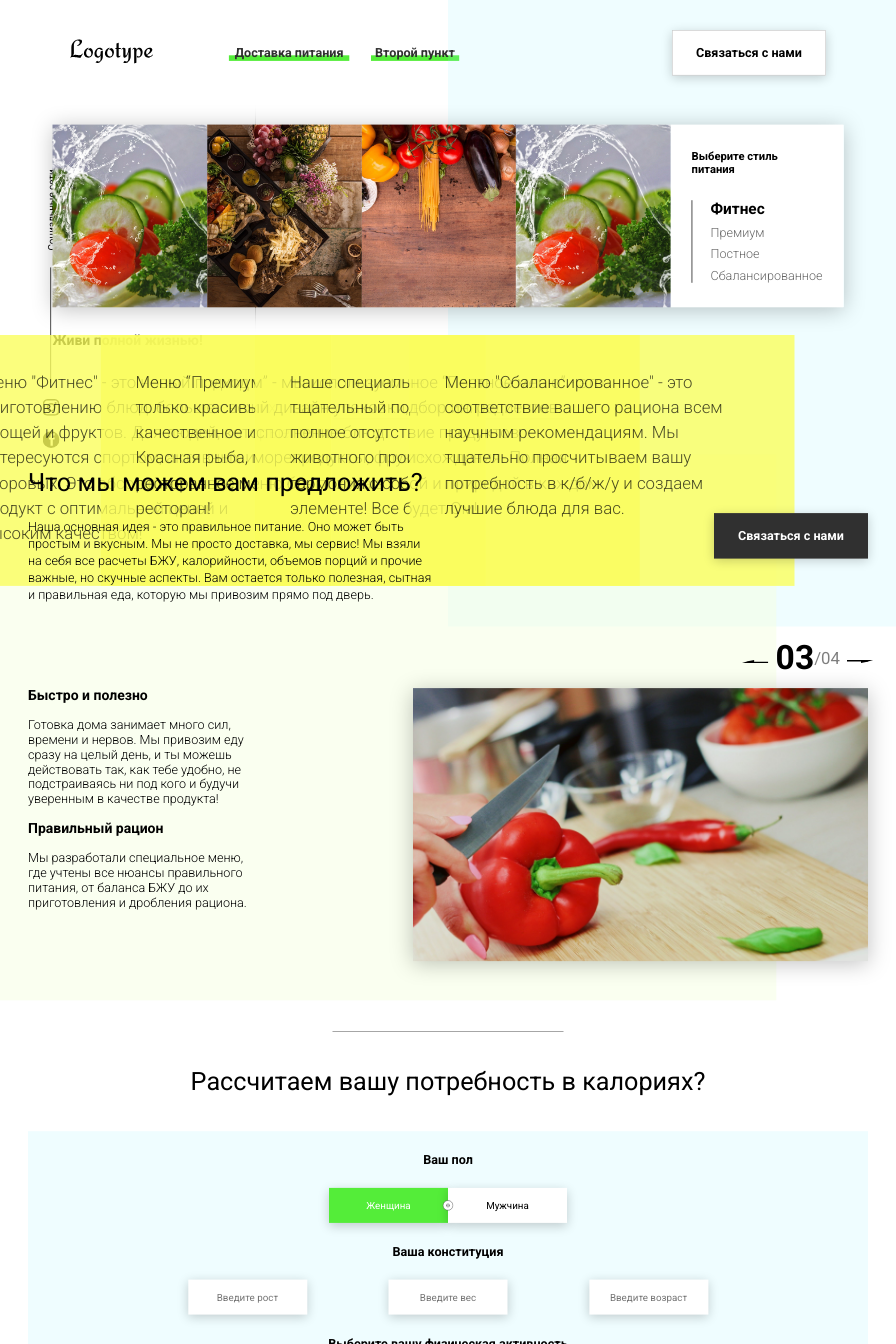
Repository: timSkot/udemy
Page: Создаем табы в новом проекте/index.html
The author's editor kept a copy of each file at every save. The page is drawn from the files as they stood at one save, then again after the next save.
The browser window is 1280 px wide. The pictures show the part of the page from y = 0 to 1920 px (the page is 3967 px tall before and 4251 px after), at 70% of full size.

Above is the page before, as saved 2021-01-22 16:52:01.
Console error: SyntaxError: Unexpected token '}'

### Создаем табы в новом проекте/index.html
<!DOCTYPE html>
<html lang="en">
<head>
    <meta charset="UTF-8">
    <meta name="viewport" content="width=device-width, initial-scale=1.0">
    <title>Food</title>
    <link rel="stylesheet" href="css/style.css">
</head>
<body>
    <header class="header">
        <div class="header__left-block">
            <div class="header__logo">
                <img src="icons/logo.svg" alt="Логотип">
            </div>
            <nav class="header__links">
                <a href="#" class="header__link">Доставка питания</a>
                <a href="#" class="header__link">Второй пункт</a>
            </nav>
        </div>
        <div class="header__right-block">
            <button class="btn btn_white">Связаться с нами</button>
        </div>
    </header>
    <div class="sidepanel">
        <div class="sidepanel__text"><span>Социальные сети</span></div>
        <div class="sidepanel__divider"></div>
        <a href="#" class="sidepanel__icon">
            <img src="icons/instagram.svg" alt="instagram">
        </a>
        <a href="#" class="sidepanel__icon">
            <img src="icons/facebook.svg" alt="facebook">
        </a>
    </div>

    <div class="preview">
        <div class="bgc_blue"></div>
        <div class="container">
            <div class="tabcontainer">
                <div class="tabcontent">
                    <img src="img/tabs/vegy.jpg" alt="vegy">
                    <div class="tabcontent__descr">
                        Меню "Фитнес" - это новый подход к приготовлению блюд: больше свежих овощей и фруктов. Для людей, которые интересуются спортом; активных и здоровых. Это абсолютно новый продукт с оптимальной ценой и высоким качеством!
                    </div>
                </div>
                <div class="tabcontent">
                    <img src="img/tabs/elite.jpg" alt="elite">
                    <div class="tabcontent__descr">
                        Меню “Премиум” - мы используем не только красивый дизайн упаковки, но и качественное исполнение блюд. Красная рыба, морепродукты, фрукты - ресторанное меню без похода в ресторан!
                    </div>
                </div>
                <div class="tabcontent">
                    <img src="img/tabs/post.jpg" alt="post">
                    <div class="tabcontent__descr">
                        Наше специальное “Постное меню” - это тщательный подбор ингредиентов: полное отсутствие продуктов животного происхождения. Полная гармония с собой и природой в каждом элементе! Все будет Ом!
                    </div>
                </div>
                <div class="tabcontent">
                    <img src="img/tabs/vegy.jpg" alt="vegy">
                    <div class="tabcontent__descr">
                        Меню "Сбалансированное" - это соответствие вашего рациона всем научным рекомендациям. Мы тщательно просчитываем вашу потребность в к/б/ж/у и создаем лучшие блюда для вас.
                    </div>
                </div>
                <div class="tabheader">
                    <h3>Выберите стиль питания</h3>
                    <div class="tabheader__items">
                        <div class="tabheader__item tabheader__item_active">Фитнес</div>
                        <div class="tabheader__item">Премиум</div>
                        <div class="tabheader__item">Постное</div>
                        <div class="tabheader__item">Сбалансированное</div>
                    </div>
                </div>
            </div>
            <div class="preview__life">Живи полной жизнью!</div>
        </div>
    </div>

    <div class="divider"></div>

    <div class="offer">
        <div class="bgc_y"></div>
        <div class="container">
            <div class="offer__text">
                <h2 class="title">Что мы можем вам предложить?</h2>
                <div class="offer__descr">
                    Наша основная идея - это правильное питание. Оно может быть простым и вкусным. Мы не просто доставка, мы сервис! Мы взяли на себя все расчеты БЖУ, калорийности, объемов порций и прочие важные, но скучные аспекты. Вам остается только полезная, сытная и правильная еда, которую мы привозим прямо под дверь.
                </div>
            </div>
            <div class="offer__action">
                <button class="btn btn_dark">Связаться с нами</button>
            </div>
        </div>
        <div class="container">
            <div class="offer__advantages">
                <h2>Быстро и полезно</h2>
                <div class="offer__advantages-text">
                    Готовка дома занимает много сил, времени и нервов. Мы привозим еду сразу на целый день, и ты можешь действовать так, как тебе удобно, не подстраиваясь ни под кого и будучи уверенным в качестве продукта!
                </div>
                <h2>Правильный рацион</h2>
                <div class="offer__advantages-text">
                    Мы разработали специальное меню, где учтены все нюансы правильного питания, от баланса БЖУ до их приготовления и дробления рациона.
                </div>
            </div>
            <div class="offer__slider">
                <div class="offer__slider-counter">
                    <div class="offer__slider-prev">
                        <img src="icons/left.svg" alt="prev">
                    </div>
                    <span id="current">03</span>
                    /
                    <span id="total">04</span>
                    <div class="offer__slider-next">
                        <img src="icons/right.svg" alt="next">
                    </div>
                </div>
                <div class="offer__slider-wrapper">
                    <div class="offer__slide">
                        <img src="img/slider/pepper.jpg" alt="pepper">
                    </div>
                    <!-- <div class="offer__slide">
                        <img src="img/slider/food-12.jpg" alt="food">
                    </div>
                    <div class="offer__slide">
                        <img src="img/slider/olive-oil.jpg" alt="oil">
                    </div>
                    <div class="offer__slide">
                        <img src="img/slider/paprika.jpg" alt="paprika">
                    </div> -->
                </div>
            </div>
        </div>
    </div>

    <div class="divider"></div>

    <div class="calculating">
        <div class="container">
            <h2 class="title">Рассчитаем вашу потребность в калориях?
            </h2>
            <div class="calculating__field">
                <div class="calculating__subtitle">
                    Ваш пол
                </div>
                <div class="calculating__choose" id="gender">
                    <div class="calculating__choose-item calculating__choose-item_active">Женщина</div>
                    <div class="calculating__choose-item">Мужчина</div>
                </div>

                <div class="calculating__subtitle">
                    Ваша конституция
                </div>
                <div class="calculating__choose calculating__choose_medium">
                    <input type="text" id="height" placeholder="Введите рост" class="calculating__choose-item">
                    <input type="text" id="weight" placeholder="Введите вес"  class="calculating__choose-item">
                    <input type="text" id="age" placeholder="Введите возраст" class="calculating__choose-item">
                </div>

                <div class="calculating__subtitle">
                    Выберите вашу физическая активность
                </div>
                <div class="calculating__choose calculating__choose_big">
                    <div id="low" class="calculating__choose-item">Низкая активность </div>
                    <div id="small"  class="calculating__choose-item calculating__choose-item_active">Невысокая активность</div>
                    <div id="medium" class="calculating__choose-item">Умеренная активность</div>
                    <div id="high" class="calculating__choose-item">Высокая активность</div>
                </div>

                <div class="calculating__divider"></div>

                <div class="calculating__total">
                    <div class="calculating__subtitle">
                        Ваша суточная норма калорий:
                    </div>
                    <div class="calculating__result">
                        <span>2700</span> ккал
                    </div>
                </div>
            </div>
        </div>
    </div>

    <div class="divider"></div>

    <div class="menu">
        <h2 class="title">Наше меню на день</h2>

        <div class="menu__field">
            <div class="container">
                <div class="menu__item">
                    <img src="img/tabs/vegy.jpg" alt="vegy">
                    <h3 class="menu__item-subtitle">Меню "Фитнес"</h3>
                    <div class="menu__item-descr">Меню "Фитнес" - это новый подход к приготовлению блюд: больше свежих овощей и фруктов. Продукт активных и здоровых людей. Это абсолютно новый продукт с оптимальной ценой и высоким качеством!</div>
                    <div class="menu__item-divider"></div>
                    <div class="menu__item-price">
                        <div class="menu__item-cost">Цена:</div>
                        <div class="menu__item-total"><span>229</span> грн/день</div>
                    </div>
                </div>
                <div class="menu__item">
                    <img src="img/tabs/elite.jpg" alt="elite">
                    <h3 class="menu__item-subtitle">Меню “Премиум”</h3>
                    <div class="menu__item-descr">В меню “Премиум” мы используем не только красивый дизайн упаковки, но и качественное исполнение блюд. Красная рыба, морепродукты, фрукты - ресторанное меню без похода в ресторан!</div>
                    <div class="menu__item-divider"></div>
                    <div class="menu__item-price">
                        <div class="menu__item-cost">Цена:</div>
                        <div class="menu__item-total"><span>550</span> грн/день</div>
                    </div>
                </div>
                <div class="menu__item">
                    <img src="img/tabs/post.jpg" alt="post">
                    <h3 class="menu__item-subtitle">Меню "Постное"</h3>
                    <div class="menu__item-descr">Меню “Постное” - это тщательный подбор ингредиентов: полное отсутствие продуктов животного происхождения, молоко из миндаля, овса, кокоса или гречки, правильное количество белков за счет тофу и импортных вегетарианских стейков. </div>
                    <div class="menu__item-divider"></div>
                    <div class="menu__item-price">
                        <div class="menu__item-cost">Цена:</div>
                        <div class="menu__item-total"><span>430</span> грн/день</div>
                    </div>
                </div>
            </div>
        </div>
    </div>

    <div class="order">
        <div class="container">
            <div class="title">Заказывай пробный день прямо сейчас!</div>
            <form action="#" class="order__form">
                <input required placeholder="Ваше имя" name="name" type="text" class="order__input">
                <input required placeholder="Ваш номер телефона" name="phone" type="phone" class="order__input">
                <img src="icons/right.svg" alt="right">
                <button class="btn btn_dark btn_min">Перезвонить мне</button>
            </form>
        </div>
    </div>

    <div class="divider"></div>

    <div class="promotion">
        <div class="bgc_y"></div>
        <div class="container">
            <div class="promotion__text">
                <div class="title">Акция для новых клиентов!</div>
                <div class="promotion__descr">
                    Мы ценим каждого клиента и предлагаем вам стать одним из них на очень выгодных условиях.
                    Каждому, кто закажет доставку питание на неделю, будет предоставлена скидка в размере <span>20%!</span>
                    <br><br>
                    Акция закончится 20 мая в 00:00
                </div>
            </div>
            <div class="promotion__timer">
                <div class="title">Осталось до конца акции:</div>
                <div class="timer">
                    <div class="timer__block">
                        <span id="days">12</span>
                        дней
                    </div>
                    <div class="timer__block">
                        <span id="hours">20</span>
                        часов
                    </div>
                    <div class="timer__block">
                        <span id="minutes">56</span>
                        минут
                    </div>
                    <div class="timer__block">
                        <span id="seconds">20</span>
                        секунд
                    </div>
                </div>
            </div>
        </div>
    </div>

    <footer class="footer">
        <div class="container">
            <div class="social">
                <div class="subtitle">Мы в социальных сетях:</div>
                <a href="#" class="link">instagram</a>
                <a href="#" class="link">facebook</a>
            </div>
            <div class="pepper">
                <img src="icons/veg.svg" alt="pepper">
            </div>
            <div class="call">
                <div class="subtitle">Или позвоните нам</div>
                <a href="#" class="link">+380678341034</a>
                <a href="#" class="link">+380500941356</a>
            </div>
        </div>
    </footer>

    <div class="modal">
        <div class="modal__dialog">
            <div class="modal__content">
                <form action="#">
                    <div class="modal__close">&times;</div>
                    <div class="modal__title">Мы свяжемся с вами как можно быстрее!</div>
                    <input required placeholder="Ваше имя" name="name" type="text" class="modal__input">
                    <input required placeholder="Ваш номер телефона" name="phone" type="phone" class="modal__input">
                    <button class="btn btn_dark btn_min">Перезвонить мне</button>
                </form>
            </div>
        </div>
    </div>

    <script src="js/script.js"></script>
</body>
</html>

### Создаем табы в новом проекте/js/script.js
'use strict';

window.addEventListener('DOMContentLoaded', () => {
    const tabs = document.querySelectorAll('.tabheader__item'),
          tabsContent = document.querySelectorAll('.tabcontent'),
          tabsParent = document.querySelector('.tabheader__items');

    function hideTabContent() {
        tabsContent.forEach(item => {
            item.style.display = 'none';
        });

        tabs.forEach(item => {
            item.classList.remove('tabheader__item_active');
        });
    }

    function showTabContent(i = 0) {
        tabsContent[i].style.display = 'block';
        tabs[i].classList.add('tabheader__item_active');
    }

    hideTabContent();
    showTabContent();

    tabsParent.addEventListener('Click', (event) => {
        const target = event.target;
        if (target && target.classList.container('tabheader__item'))
    });
});

Loaded but not shown: Создаем табы в новом проекте/css/style.css (library)

After the next save:
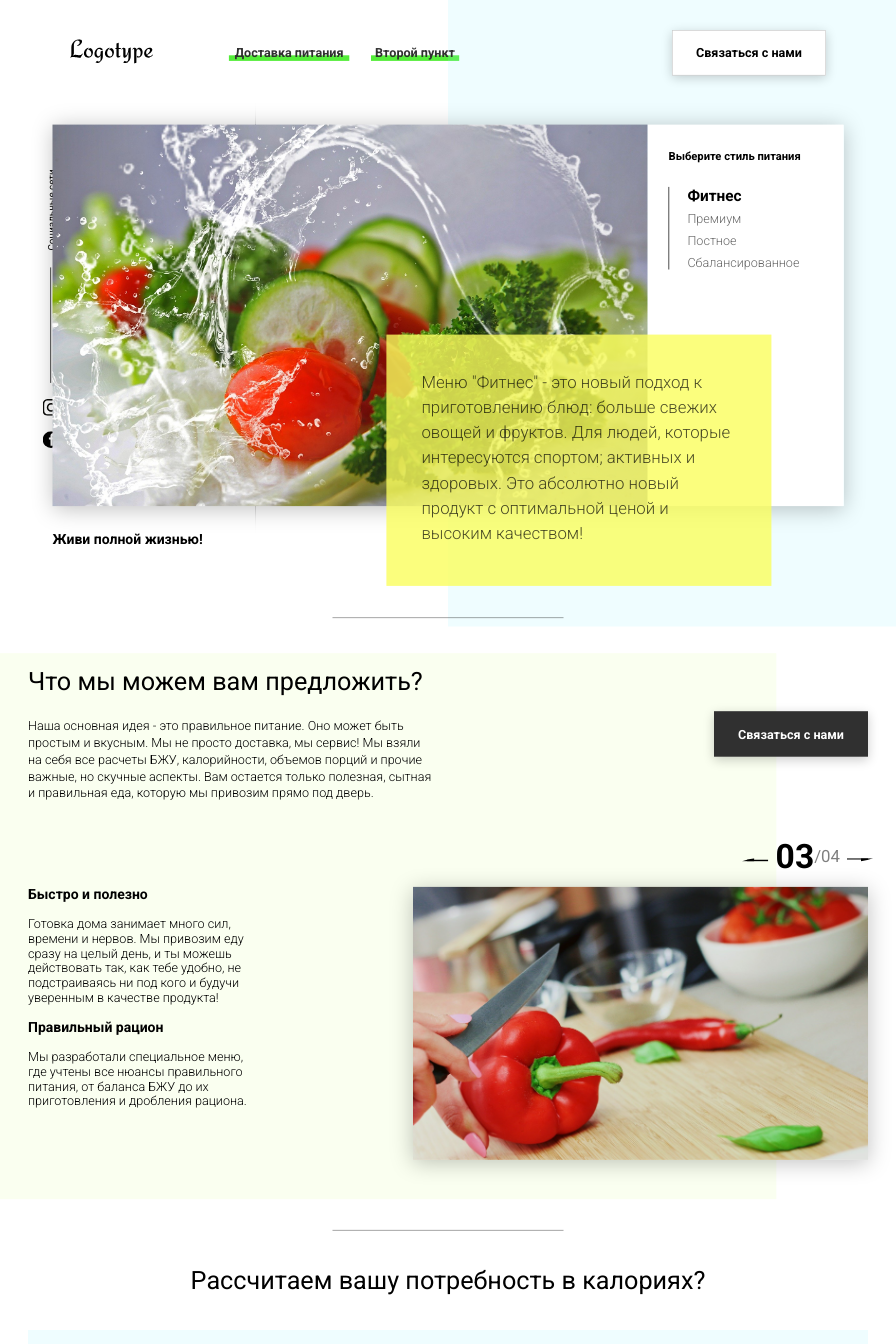
The error is gone.
Saved 4 s later.
--- a/Создаем табы в новом проекте/js/script.js
+++ b/Создаем табы в новом проекте/js/script.js
@@ -25,6 +25,8 @@ window.addEventListener('DOMContentLoaded', () => {
 
     tabsParent.addEventListener('Click', (event) => {
         const target = event.target;
-        if (target && target.classList.container('tabheader__item'))
+        if (target && target.classList.container('tabheader__item')) {
+
+        }
     });
 });
